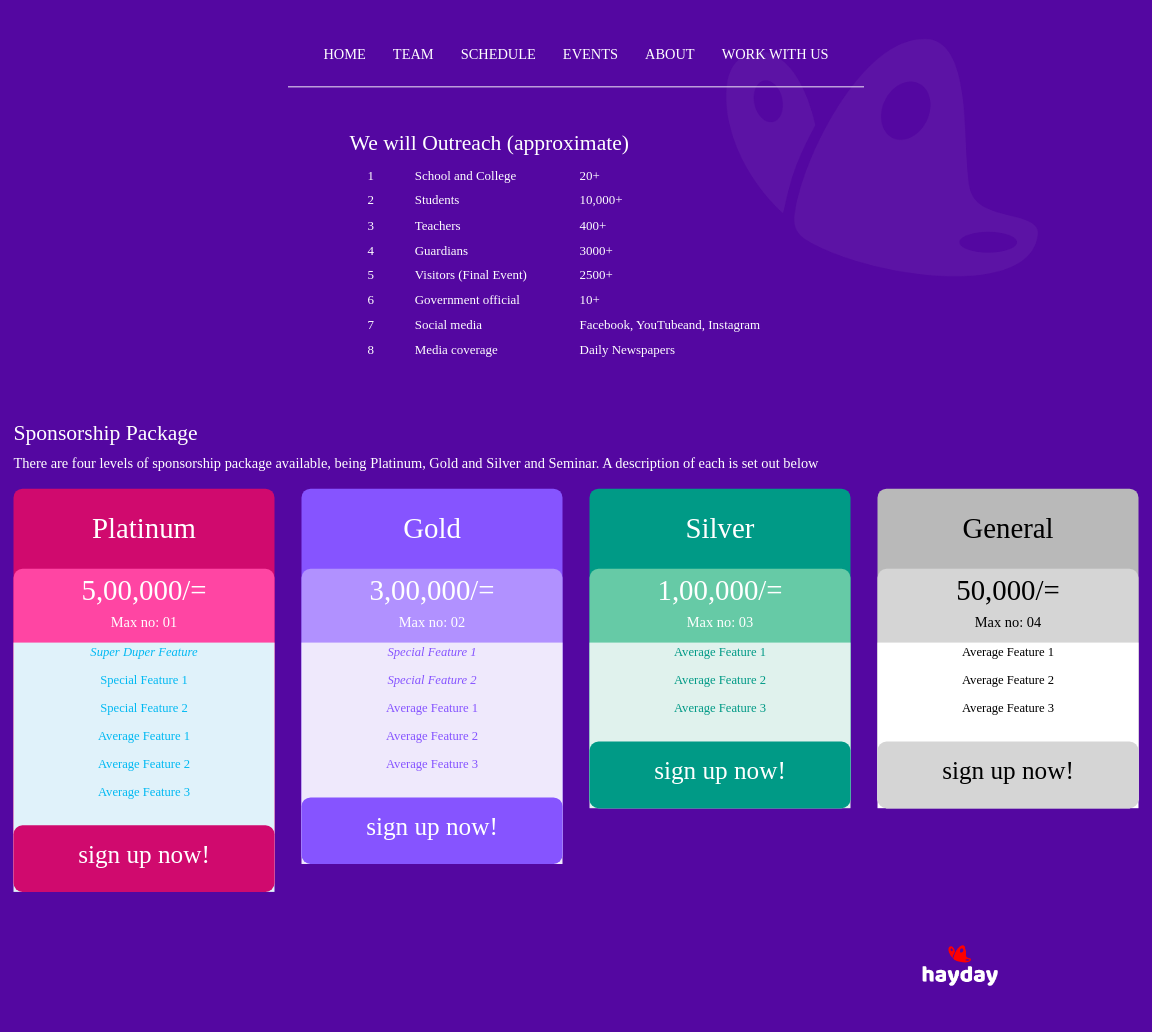
Repository: im1971/company-web
Page: workWithUs.html
The author's editor kept a copy of each file at every save. The page is drawn from the files as they stood at one save, then again after the next save.
The browser window is 1280 px wide. The pictures show the whole page, at 90% of full size.
Some web fonts or font styles are not loaded; a fallback is used.

Above is the page before, as saved 2020-01-26 12:49:28.

### workWithUs.html
<!DOCTYPE html>
<html>

<head>
    <title>hayday</title>
    <link rel="shortcut icon" type="img/x-icon" href="img/fav.png" />
    <link rel="stylesheet" href="css/mdb.min.css">
    <link rel="stylesheet" href="css/bootstrap.min.css">
    <link rel="stylesheet" href="css/fontawesome.min.css">
    <link rel="stylesheet" href="css/all.min.css">
    <link rel="stylesheet" href="css/style.css">
    <!-- fonts -->
    <link href="https://fonts.googleapis.com/css?family=Baloo+Bhai&display=swap" rel="stylesheet">
    <!-- fonts -->

</head>

<body>

    <div class="wrap_hayday">
        <div class="back_img"></div>
        <div class="container-fluid">
            <div class="row justify-content-center pb-5">
                <div class="col-md-12">
                    <nav class="navbar navbar-expand-lg">
                        <button class="navbar-toggler" type="button" data-toggle="collapse" data-target="#navbarSupportedContent" aria-controls="navbarSupportedContent" aria-expanded="false" aria-label="Toggle navigation">
                          <span class="navbar-toggler-icon"></span>
                        </button>

                        <div class="collapse navbar-collapse" id="navbarSupportedContent">

                            <ul class="navbar-nav m-auto text-uppercase">
                                <li class="nav-item active">
                                    <a class="nav-link" href="index.html">Home</a>
                                </li>
                                <li class="nav-item">
                                    <a class="nav-link" href="#">Team</a>
                                </li>
                                <li class="nav-item">
                                    <a class="nav-link" href="#">SCHEDULE</a>
                                </li>
                                <li class="nav-item">
                                    <a class="nav-link" href="#">Events</a>
                                </li>
                                <li class="nav-item">
                                    <a class="nav-link" href="about.html">About</a>
                                </li>
                                <li class="nav-item">
                                    <a class="nav-link" href="workWithUs.html">Work With us</a>
                                </li>
                            </ul>
                        </div>
                    </nav>
                </div>
                <div class="col-md-6 border_deco pt-3"></div>
            </div>
            <!-- <div class="container"> -->
            <div class="row justify-content-center">
                <div class="col-md-5 outreach">
                    <h4>We will Outreach (approximate)</h4>
                    <div class="table-responsive table-sm">
                        <table class="table">
                            <tbody>
                                <tr>
                                    <td>1</td>
                                    <td>School and College</td>
                                    <td>20+</td>
                                </tr>
                                <tr>
                                    <td>2</td>
                                    <td>Students</td>
                                    <td>10,000+</td>
                                </tr>
                                <tr>
                                    <td>3</td>
                                    <td>Teachers</td>
                                    <td>400+</td>
                                </tr>
                                <tr>
                                    <td>4</td>
                                    <td>Guardians</td>
                                    <td>3000+</td>
                                </tr>
                                <tr>
                                    <td>5</td>
                                    <td>Visitors (Final Event)</td>
                                    <td>2500+</td>
                                </tr>
                                <tr>
                                    <td>6</td>
                                    <td>Government official</td>
                                    <td>10+</td>
                                </tr>
                                <tr>
                                    <td>7</td>
                                    <td>Social media</td>
                                    <td>Facebook, YouTubeand, Instagram</td>
                                </tr>
                                <tr>
                                    <td>8</td>
                                    <td>Media coverage</td>
                                    <td>Daily Newspapers</td>
                                </tr>
                            </tbody>
                        </table>
                    </div>
                </div>
            </div>
            <div class="row justify-content-center sponsor_table mt-5">
                <div class="col-md-12">
                    <h4>Sponsorship Package</h4>
                    <p>
                        There are four levels of sponsorship package available, being Platinum, Gold and Silver and Seminar. A description of each is set out below
                    </p>
                </div>
                <div class="col-md-3">
                    <div class="superduper">
                        <div class="price-package">
                            <div class="package-name">
                                <h2>Platinum</h2>
                            </div>
                            <div class="package-price">
                                <div class="package-arrow"></div>
                                <div class="price">
                                    <span>5,00,000/=</span>
                                </div>
                                <div class="term">
                                    <span>Max no: 01</span>
                                </div>
                                <div class="package-features">
                                    <div class="package-arrow"></div>
                                    <ul>
                                        <li><em>Super Duper Feature</em></li>
                                        <li>Special Feature 1</li>
                                        <li>Special Feature 2</li>
                                        <li>Average Feature 1</li>
                                        <li>Average Feature 2</li>
                                        <li>Average Feature 3</li>
                                    </ul>
                                    <button class="sign-up">
                                <h3>sign up now!</h3>
                              </button>
                                </div>
                            </div>
                        </div>
                    </div>
                </div>
                <div class="col-md-3">
                    <div class="special">
                        <div class="price-package">
                            <div class="package-name">
                                <h2>Gold</h2>
                            </div>
                            <div class="package-price">
                                <div class="package-arrow"></div>
                                <div class="price">
                                    <span>3,00,000/=</span>
                                </div>
                                <div class="term">
                                    <span>Max no: 02</span>
                                </div>
                                <div class="package-features">
                                    <div class="package-arrow"></div>
                                    <ul>
                                        <li><em>Special Feature 1</em></li>
                                        <li><em>Special Feature 2</em></li>
                                        <li>Average Feature 1</li>
                                        <li>Average Feature 2</li>
                                        <li>Average Feature 3</li>
                                    </ul>
                                    <button class="sign-up">
                                <h3>sign up now!</h3>
                              </button>
                                </div>
                            </div>
                        </div>
                    </div>
                </div>

                <div class="col-md-3">
                    <div class="average">
                        <div class="price-package">
                            <div class="package-name">
                                <h2>Silver</h2>
                            </div>
                            <div class="package-price">
                                <div class="package-arrow"></div>
                                <div class="price">
                                    <span>1,00,000/=</span>
                                </div>
                                <div class="term">
                                    <span>Max no: 03</span>
                                </div>
                                <div class="package-features">
                                    <div class="package-arrow"></div>
                                    <ul>
                                        <li>Average Feature 1</li>
                                        <li>Average Feature 2</li>
                                        <li>Average Feature 3</li>
                                    </ul>
                                    <button class="sign-up">
                                  <h3>sign up now!</h3>
                                </button>
                                </div>
                            </div>
                        </div>
                    </div>

                </div>
                <div class="col-md-3">
                    <div class="general">
                        <div class="price-package">
                            <div class="package-name">
                                <h2>General</h2>
                            </div>
                            <div class="package-price">
                                <div class="package-arrow"></div>
                                <div class="price">
                                    <span>50,000/=</span>
                                </div>
                                <div class="term">
                                    <span>Max no: 04</span>
                                </div>
                                <div class="package-features">
                                    <div class="package-arrow"></div>
                                    <ul>
                                        <li>Average Feature 1</li>
                                        <li>Average Feature 2</li>
                                        <li>Average Feature 3</li>
                                    </ul>
                                    <button class="sign-up">
                                  <h3>sign up now!</h3>
                                </button>
                                </div>
                            </div>
                        </div>
                    </div>

                </div>

            </div>
            <!-- </div> -->
            <div class="row justify-content-end my-5">
                <div class="col-md-4 m-autp">
                    <div class="middle_body">
                        <div class="logo">
                            <img src="img/logo.png" alt="" style="height: 50px">
                        </div>
                        <!-- <p>Read about our Inspiration</p> -->
                    </div>
                </div>
            </div>
        </div>
    </div>
    </div>



    <!-- <script src="https://code.jquery.com/jquery-3.4.1.slim.min.js" integrity="sha384-J6qa4849blE2+poT4WnyKhv5vZF5SrPo0iEjwBvKU7imGFAV0wwj1yYfoRSJoZ+n" crossorigin="anonymous"></script>
    <script src="https://cdn.jsdelivr.net/npm/popper.js@1.16.0/dist/umd/popper.min.js" integrity="sha384-Q6E9RHvbIyZFJoft+2mJbHaEWldlvI9IOYy5n3zV9zzTtmI3UksdQRVvoxMfooAo" crossorigin="anonymous"></script>
    <script src="https://stackpath.bootstrapcdn.com/bootstrap/4.4.1/js/bootstrap.min.js" integrity="sha384-wfSDF2E50Y2D1uUdj0O3uMBJnjuUD4Ih7YwaYd1iqfktj0Uod8GCExl3Og8ifwB6" crossorigin="anonymous"></script> -->

    <script type="text/javascript" src="js/jquery.min.js"></script>
    <!-- Bootstrap tooltips -->
    <script type="text/javascript" src="js/popper.min.js"></script>
    <!-- Bootstrap core JavaScript -->
    <script type="text/javascript" src="js/bootstrap.min.js"></script>
    <!-- MDB core JavaScript -->
    <script type="text/javascript" src="js/mdb.min.js"></script>


</body>

</html>

### css/style.css
body {
    padding: 0;
    margin: 0;
    background: #5407A1 !important;
    color: #fff !important;
    font-family: 'Baloo Bhai', cursive;
    position: relative;
}


/* global */

html {
    overflow: scroll;
    overflow-x: hidden;
}

::-webkit-scrollbar {
    width: 0px;
    /* Remove scrollbar space */
    background: transparent;
    /* Optional: just make scrollbar invisible */
}


/* Optional: show position indicator in red */

::-webkit-scrollbar-thumb {
    background: #FF0000;
}


/* global */

.back_img {
    background-image: url(../img/back.png);
    height: 350px;
    width: 600px;
    position: absolute;
    background-position: center center;
    background-size: cover;
    opacity: 5%;
    /* top: 30%; */
    right: 0;
}


/* header */

.wrap_hayday .navbar {
    box-shadow: none;
}

.wrap_hayday .container-fluid {
    min-height: 100vh;
}

.wrap_hayday nav .nav-link {
    padding-right: 15px !important;
    padding-left: 15px !important;
    color: #fff;
    font-family: 'Baloo Bhai', cursive;
}

.wrap_hayday .border_deco {
    border-bottom: .25px solid #fff;
}

.wrap_hayday nav .nav-link:hover {
    color: #FF0000;
    transition-duration: 0.5s;
}

.wrap_hayday .navbar {
    padding: 40px;
    padding-bottom: 0;
}


/* header */


/* middle body */

.wrap_hayday .middle_body {
    text-align: center;
}

.wrap_hayday .middle_body .logo img {
    /* background-image: url(logo.png); */
    height: 100px;
}

.wrap_hayday .others_page_middle {
    text-align: center;
    position: absolute;
    right: 30px;
    bottom: 0;
}

.wrap_hayday .others_page_middle img {
    height: 70px;
}


/* middle body */


/* footer-body */

.myprogress {
    min-width: 100%;
    margin: 0px auto;
    text-align: center;
}

.myprogress .circle {
    display: inline-block;
    background: #fff;
    width: 50px;
    height: 50px;
    border-radius: 80px;
    border: 1px solid #d5d5da;
    cursor: pointer;
}

.myprogress .circle:hover {
    background: #FF0000;
    color: #5407A1;
    transition-duration: 0.5s;
}

.myprogress .bar {
    position: relative;
    width: 100px;
    padding-right: 15px;
    font-family: none;
    /* height: 2px; */
    /* top: 10px; */
    /* border: 0px solid #fff; */
}

.myprogress .circle .label {
    display: inline-block;
    width: 40px;
    height: 40px;
    line-height: 30px;
    border-radius: 40px;
    font-size: 24px;
}

.myprogress .circle .title {
    color: #5407A1;
    font-size: 24px;
    line-height: 50px;
    cursor: pointer;
}

.myprogress .circle .title:hover {
    color: #fff;
}

.myprogress i {
    font-size: 11px;
}

.myprogress .abc {
    animation: pulse 1s infinite;
    color: #FF0000;
}

.myprogress .pulse {
    -webkit-animation-duration: 3s;
    -webkit-animation-delay: 2s;
    -webkit-animation-iteration-count: 5;
}


/* footer-body */


/* about hayday */

.accordion .card-header {
    padding: 0;
    background: #5407A1;
    margin-bottom: 0;
}

.accordion .card-header .btn-link {
    color: #fff;
    padding: 0;
}

.accordion .card {
    border: none;
    border-radius: 0;
}

.accordion i {
    position: absolute;
    right: 10px;
    top: 5px;
}

.accordion p {
    color: #000;
    font-family: serif;
    font-size: 15px;
}

.accordion h4 {
    color: #000;
    font-family: serif;
    font-weight: 700 !important;
    font-size: 22px;
}


/* about hayday */


/* work with us */

.outreach table.table th,
table.table td {
    padding: 3px 20px;
    color: #fff;
    border: none;
    font-family: auto;
}


/* work with us */


/* pricing table */

.sponsor_table {
    font-family: auto;
}

.price-package {
    padding-top: 25px;
    margin-bottom: 10px;
    text-align: center;
    -moz-border-radius-topleft: 10px;
    -moz-border-radius-topright: 10px;
    -webkit-border-top-left-radius: 10px;
    -webkit-border-top-right-radius: 10px;
    -moz-border-radius-bottomleft: 10px;
    -moz-border-radius-bottomright: 10px;
    -webkit-border-bottom-left-radius: 10px;
    -webkit-border-bottom-right-radius: 10px;
}

.price-package .package-name {
    font-size: 1.4rem;
}

.price-package .package-price {
    -moz-border-radius-topleft: 10px;
    -moz-border-radius-topright: 10px;
    -webkit-border-top-left-radius: 10px;
    -webkit-border-top-right-radius: 10px;
    -moz-border-radius-bottomleft: 10px;
    -moz-border-radius-bottomright: 10px;
    -webkit-border-bottom-left-radius: 10px;
    -webkit-border-bottom-right-radius: 10px;
    margin-top: 25px;
}

.price-package .package-price .price sup {
    font-size: 1.6rem;
    position: absolute;
    top: 6px;
    left: -12px;
}

.price-package .package-price .price span {
    font-size: 2rem;
}

.price-package .package-features ul {
    font-size: 14px;
    margin: 0;
    padding: 0;
    list-style: none;
}

.price-package .package-features ul li {
    margin: 10px auto;
    padding: 0;
}

.price-package .sign-up {
    -moz-border-radius-topleft: 10px;
    -moz-border-radius-topright: 10px;
    -webkit-border-top-left-radius: 10px;
    -webkit-border-top-right-radius: 10px;
    -moz-border-radius-bottomleft: 10px;
    -moz-border-radius-bottomright: 10px;
    -webkit-border-bottom-left-radius: 10px;
    -webkit-border-bottom-right-radius: 10px;
    padding: 16.66666667px 0;
    margin-top: 16.66666667px;
    width: 100%;
    outline: none;
    border: none;
    cursor: pointer;
}

.average .price-package {
    background-color: #009a86;
}

.average .price-package .package-name {
    color: white;
}

.average .price-package .package-price {
    background-color: #66CAA6;
    color: white;
}

.average .price-package .package-features {
    background-color: #e0f2ed;
    color: #009a86;
}

.average .price-package .sign-up {
    background-color: #009a86;
    color: white;
    transition: background-color 0.5s ease;
}

.average .price-package .sign-up:hover {
    background-color: #66CAA6;
}


/* .average .price-package .sign-up:active {
    background-color: #e0f2ed;
} */

.average .price-package .package-price .package-arrow {
    border-top-color: #009a86;
}

.average .price-package .package-features .package-arrow {
    border-top-color: #66CAA6;
}

.average .price-package .sign-up .package-arrow {
    border-top-color: #e0f2ed;
}

.special .price-package {
    background-color: #8654ff;
}

.special .price-package .package-name {
    color: white;
}

.special .price-package .package-price {
    background-color: #b191ff;
    color: white;
}

.special .price-package .package-features {
    background-color: #efe9fc;
    color: #8654ff;
}

.special .price-package .sign-up {
    background-color: #8654ff;
    color: white;
    transition: background-color 0.5s ease;
}

.special .price-package .sign-up:hover {
    background-color: #b191ff;
}


/* .special .price-package .sign-up:active {
    background-color: #efe9fc;
} */

.special .price-package .package-price .package-arrow {
    border-top-color: #8654ff;
}

.special .price-package .package-features .package-arrow {
    border-top-color: #b191ff;
}

.special .price-package .sign-up .package-arrow {
    border-top-color: #efe9fc;
}

.superduper .price-package {
    background-color: #d00a6e;
}

.superduper .price-package .package-name {
    color: white;
}

.superduper .price-package .package-price {
    background-color: #ff45a3;
    color: white;
}

.superduper .price-package .package-features {
    background-color: #e0f2fa;
    color: #00b9f2;
}

.superduper .price-package .sign-up {
    background-color: #d00a6e;
    color: white;
    transition: background-color 0.5s ease;
}

.superduper .price-package .sign-up:hover {
    background-color: #ff45a3;
}


/* .superduper .price-package .sign-up:active {
    background-color: #e0f2fa;
} */

.superduper .price-package .package-price .package-arrow {
    border-top-color: #ff45a3;
}

.superduper .price-package .package-features .package-arrow {
    border-top-color: #7dd4fe;
}

.superduper .price-package .sign-up .package-arrow {
    border-top-color: #e0f2fa;
}

.general .price-package {
    background-color: #b9b9b9;
}

.general .price-package .package-name {
    color: #000;
}

.general .price-package .package-price {
    background-color: #d5d5d5;
    color: #000;
}

.general .price-package .package-features {
    background-color: #fff;
    color: #000;
}

.general .price-package .sign-up {
    background-color: #d5d5d5;
    color: #000;
    transition: background-color 0.5s ease;
}

.general .price-package .sign-up:hover {
    background-color: #a9a8a8;
}


/* .general .price-package .sign-up:active {
    background-color: lightgray;
} */

.general .price-package .package-price .package-arrow {
    border-top-color: #d5d5d5;
}

.general .price-package .package-features .package-arrow {
    border-top-color: #66CAA6;
}

.general .price-package .sign-up .package-arrow {
    border-top-color: #e0f2ed;
}


/* pricing table */

Loaded but not shown: css/mdb.min.css (library); css/bootstrap.min.css (library); css/fontawesome.min.css (library); css/all.min.css (library); js/jquery.min.js (library); js/popper.min.js (library); js/bootstrap.min.js (library); js/mdb.min.js (library)

After the next save:
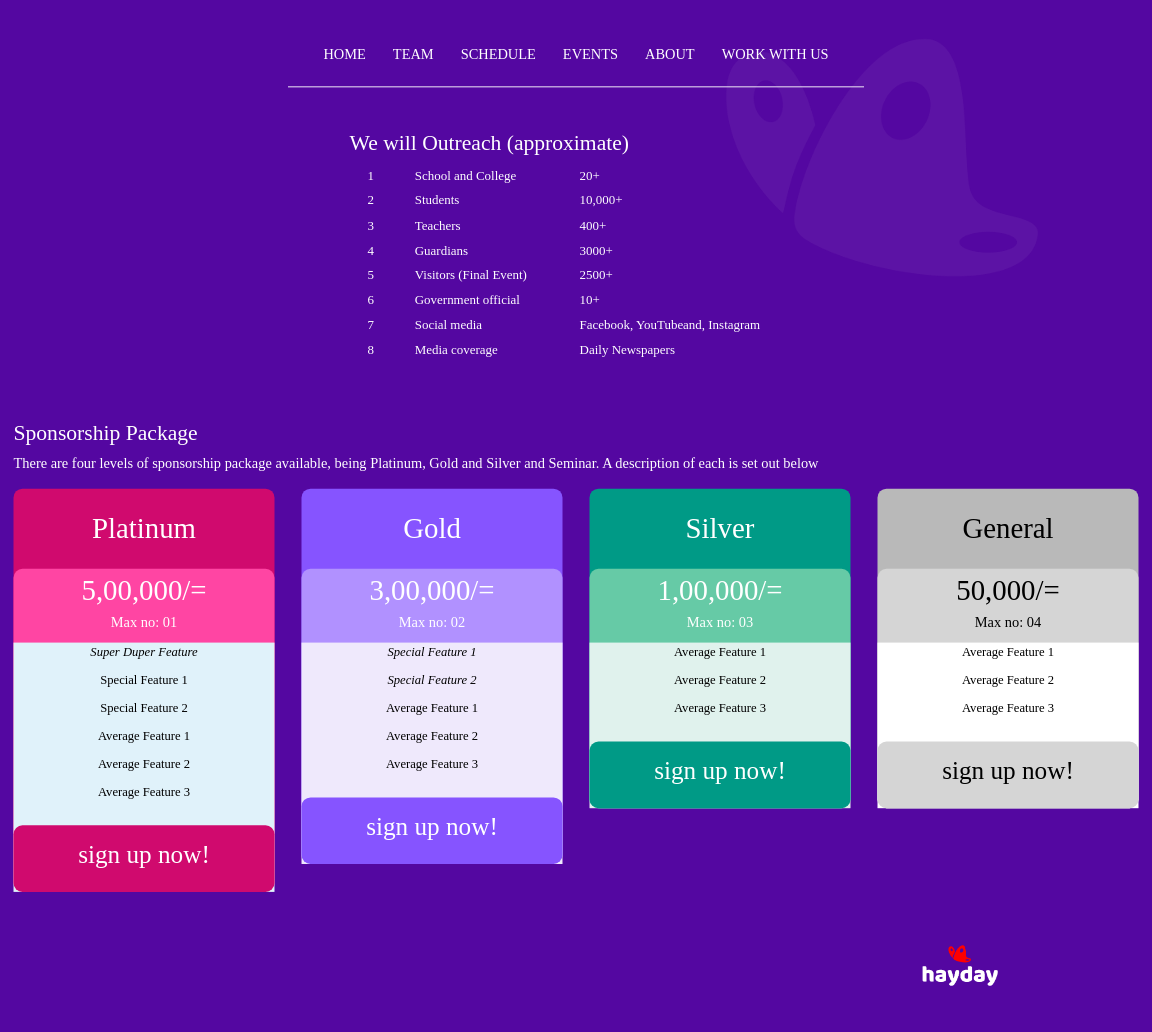
Saved 117 s later.
--- a/css/style.css
+++ b/css/style.css
@@ -238,6 +238,10 @@ table.table td {
 
 .sponsor_table {
     font-family: auto;
+}
+
+.sponsor_table ul {
+    color: #000;
 }
 
 .price-package {
@@ -325,7 +329,7 @@ table.table td {
 
 .average .price-package .package-features {
     background-color: #e0f2ed;
-    color: #009a86;
+    /* color: #009a86; */
 }
 
 .average .price-package .sign-up {
@@ -370,7 +374,7 @@ table.table td {
 
 .special .price-package .package-features {
     background-color: #efe9fc;
-    color: #8654ff;
+    /* color: #8654ff; */
 }
 
 .special .price-package .sign-up {
@@ -415,7 +419,7 @@ table.table td {
 
 .superduper .price-package .package-features {
     background-color: #e0f2fa;
-    color: #00b9f2;
+    /* color: #00b9f2; */
 }
 
 .superduper .price-package .sign-up {
